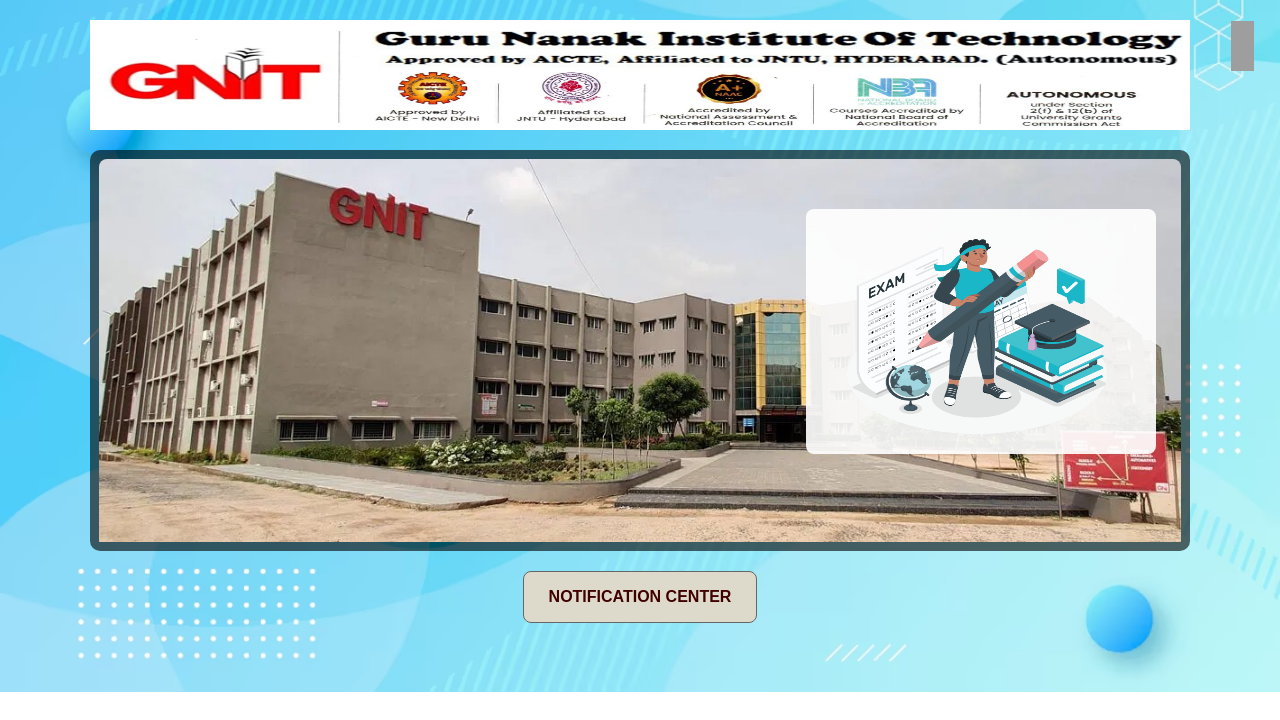
Repository: User-Krishna/Optimized-Exam-Duty-Allocation-With-Smart-Invigilation-Scheduler
Page: MiniProject/src/main/webapp/landing2.html
The author's editor kept a copy of each file at every save. The page is drawn from the files as they stood at one save, then again after the next save.
The browser window is 1280 px wide. The pictures show the whole page.
Pictures or frames that could not be fetched are drawn as grey boxes.

Above is the page before, as saved 2024-11-16 05:11:36.

After the next save:
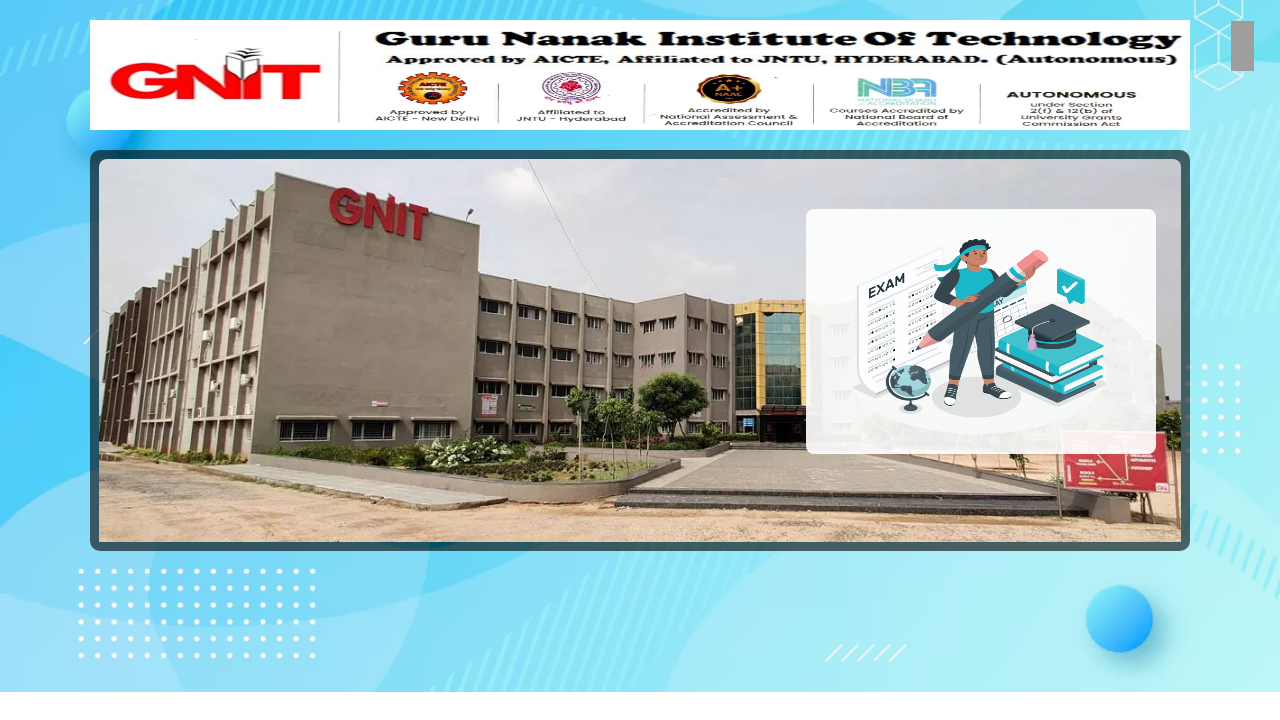
Saved 3 min 27 s later.
--- a/MiniProject/src/main/webapp/landing2.html
+++ b/MiniProject/src/main/webapp/landing2.html
@@ -142,7 +142,6 @@
     </div>
     <ul id="slide-tabs">
 
-      <li><a href="notification-center.jsp">Notification Center</a></li>
 
     </ul>
   </div>
